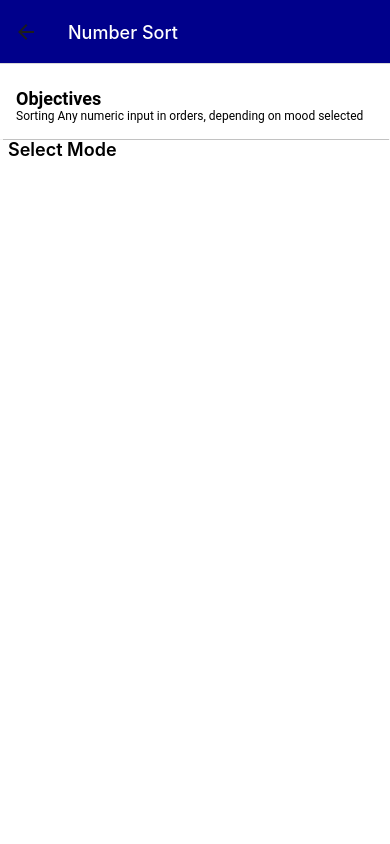
Repository: seyicoded/rn-crazy-algorithm-app
Screen: /Sort_simple_number
An editor plug-in stored every save of this project. The screen is shown before and after the next save, followed by the edit.
The app was drawn by React Native's web renderer in a window 390 px wide. The project was rebuilt for these pictures with package versions that can differ from the ones it lists, and the page was loaded fresh each time. Also part of the build but not shown: src/screens/sort.js, src/screens/filter.js, src/screens/advance.js, src/screens/sorts/Sort_alphabet.js.

Above is the screen before, as saved 2022-03-30 17:36:24.

### App.js
import 'react-native-gesture-handler';
import { StatusBar } from 'expo-status-bar';
import { StyleSheet, Text, View } from 'react-native';
import Main from './src/main'
export default function App() {
  return (
    <View style={styles.container}>
      <Main />
      <StatusBar style="auto" />
    </View>
  );
}

const styles = StyleSheet.create({
  container: {
    flex: 1,
    backgroundColor: '#fff',
  },
});

### src/main.js
import { View, Text } from 'react-native'
import React from 'react'
import {NavigationContainer} from '@react-navigation/native'
import {createStackNavigator} from '@react-navigation/stack'
import Home from './screens/index'
import Sort from './screens/sort'
import Filter from './screens/filter'
import Advance from './screens/advance'
import Sort_simple_number from './screens/sorts/Sort_simple_number'
import Sort_alphabet from './screens/sorts/Sort_alphabet'

const StackNav = createStackNavigator()

export default function Main() {
  return (
    <NavigationContainer>
        <StackNav.Navigator>
            <StackNav.Screen name="Home" options={{headerMode: 'none'}} component={Home} />
            <StackNav.Screen name="Filter" options={{headerMode: 'none'}} component={Filter} />
            <StackNav.Screen name="Sort" options={{headerMode: 'none'}} component={Sort} />
            <StackNav.Screen name="Advance" options={{headerMode: 'none'}} component={Advance} />

            {/* sort aspect */}
            <StackNav.Screen name="Sort_simple_number" options={{title: 'Number Sort', headerStyle: {backgroundColor: 'darkblue', color: 'white'}, headerTitleStyle: {color: 'white'}}} component={Sort_simple_number} />
            <StackNav.Screen name="Sort_alphabet" options={{title: 'Alphabet Sort', headerStyle: {backgroundColor: 'darkblue', color: 'white'}, headerTitleStyle: {color: 'white'}}} component={Sort_alphabet} />
        </StackNav.Navigator>
    </NavigationContainer>
  )
}

### src/screens/index.js
import { View, Text, StyleSheet, FlatList, TouchableOpacity } from 'react-native'
import React, {useState, useEffect, useRef} from 'react'
import Header from '../layout/header'
import { List, Avatar, Card, Title, Paragraph, Button } from 'react-native-paper';

const data = [
    {
        id: 'Sort',
        image: 'https://picsum.photos/700',
        title: 'Sort',
    },
    {
        id: 'Filter',
        image: 'https://picsum.photos/700',
        title: 'Filter',
    },
    {
        id: 'Advance',
        image: 'https://picsum.photos/700',
        title: 'Advance',
    },
]

export default function Index({route, navigation}) {
    const [color, setColor] = useState('darkblue');
    var timer = null;
    var ColorChanger = useRef('darkblue');


    useEffect(()=>{
        timer = setInterval(()=>{
            // console.log('.')
            ColorChanger.current = (ColorChanger.current == 'darkblue') ? 'darkred' : 'darkblue';
            setColor(ColorChanger.current);
        }, 1000);
        return ()=>{
            clearInterval(timer);
        }
    }, [])

    const styles = StyleSheet.create({
        container: {
          flex: 1,
          width: '100%',
          backgroundColor: '#fff',
        },
        header: {
            fontSize: 16,
            textAlign: 'center',
            marginTop: 20,
            marginBottom: 20,
            color: color,
            fontWeight: '700',
        },
        list: {
            width: '100%',
        },
        card: {
            // backgroundColor: 'red',
            margin: 20,
            shadowColor: '#000',
            shadowOffset: { width: 0, height: 2 },
            shadowOpacity: 0.8,
            elevation: 4
        }
    });

    return (
        <View style={styles.container}>
            <Header title="Home" visible={false} navigation={navigation} />
            <Text style={styles.header}>Let's Prep Shall We</Text>

            <FlatList
                data={data}
                style={styles.list}
                renderItem={({ item }) => {
                    return (
                        <TouchableOpacity onPress={() => navigation.navigate(item.id, {title: item.title})}>
                            <Card style={styles.card}>
                                <Card.Cover source={{ uri: item.image }} />
                                {/* <Card.Actions style={{justifyContent: 'center'}}>
                                    <Button onPress={()=>navigation.navigate(item.id)}>{item.title}</Button>

                                </Card.Actions> */}

                                <Card.Content style={{justifyContent: 'center'}}>
                                    <Title style={{textAlign: 'center', marginTop:12, color: 'darkblue'}}>{item.title}</Title>
                                </Card.Content>
                            </Card>
                        </TouchableOpacity>
                    )
                }}
                numColumns={1}
            />

            {/* <Card>
                <Card.Cover source={{ uri: 'https://picsum.photos/700' }} />

                <Card.Content>
                    <Title>Card title</Title>
                </Card.Content>
            </Card> */}

        </View>
    )
}

### src/screens/sorts/Sort_simple_number.js
import { StyleSheet, Text, View } from 'react-native'
import React from 'react'
import { Banner, RadioButton } from 'react-native-paper';

export default function Sort_simple_number() {
  return (
    <View style={styles.container}>
        <Banner
            visible={true}
            actions={[
            ]}
            >
                <View>
                    <Text style={{fontWeight: '600', fontSize: 18}}>Objectives</Text>
                    <Text />
                    <Text style={{fontSize: 12}}>Sorting Any numeric input in orders, depending on mood selected</Text>
                </View>
        </Banner>
        <Text />
        <Text style={styles.title_element}>Select Mode</Text>

    </View>
  )
}

const styles = StyleSheet.create({
    container: {
        flex: 1,
        backgroundColor: '#fff',
    },
    title_element: {
        fontWeight: '600',
        fontSize: 18,
        paddingLeft: 8
    }
})

### src/layout/header.js
import { View, Text } from 'react-native'
import React, {useState, useEffect} from 'react'
import { Appbar } from 'react-native-paper';

export default function Header({title, visible, navigation}) {
    // const [visible, setVisible] = useState(false);

    if(visible){
        return (
            <Appbar.Header style={{backgroundColor: 'darkblue'}}>
                {
                    (visible) ?
                    <Appbar.BackAction onPress={()=>navigation.goBack()} />
                    :<></>
                }
                <Appbar.Content title={title} />
            </Appbar.Header>
          )
    }else{
        return (
            <Appbar.Header style={{backgroundColor: 'darkblue'}}>
                <Appbar.Content title={title} />
            </Appbar.Header>
          )
    }

}

After the next save:
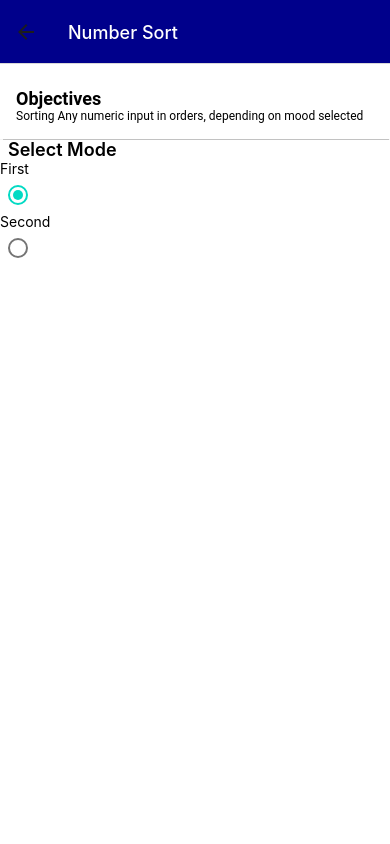
Saved 26 s later.
--- a/src/screens/sorts/Sort_simple_number.js
+++ b/src/screens/sorts/Sort_simple_number.js
@@ -3,6 +3,7 @@ import React from 'react'
 import { Banner, RadioButton } from 'react-native-paper';
 
 export default function Sort_simple_number() {
+    const [value, setValue] = React.useState('first');
   return (
     <View style={styles.container}>
         <Banner
@@ -19,6 +20,17 @@ export default function Sort_simple_number() {
         <Text />
         <Text style={styles.title_element}>Select Mode</Text>
 
+        <RadioButton.Group onValueChange={newValue => setValue(newValue)} value={value}>
+            <View>
+                <Text>First</Text>
+                <RadioButton value="first" />
+            </View>
+            <View>
+                <Text>Second</Text>
+                <RadioButton value="second" />
+            </View>
+        </RadioButton.Group>
+
     </View>
   )
 }
